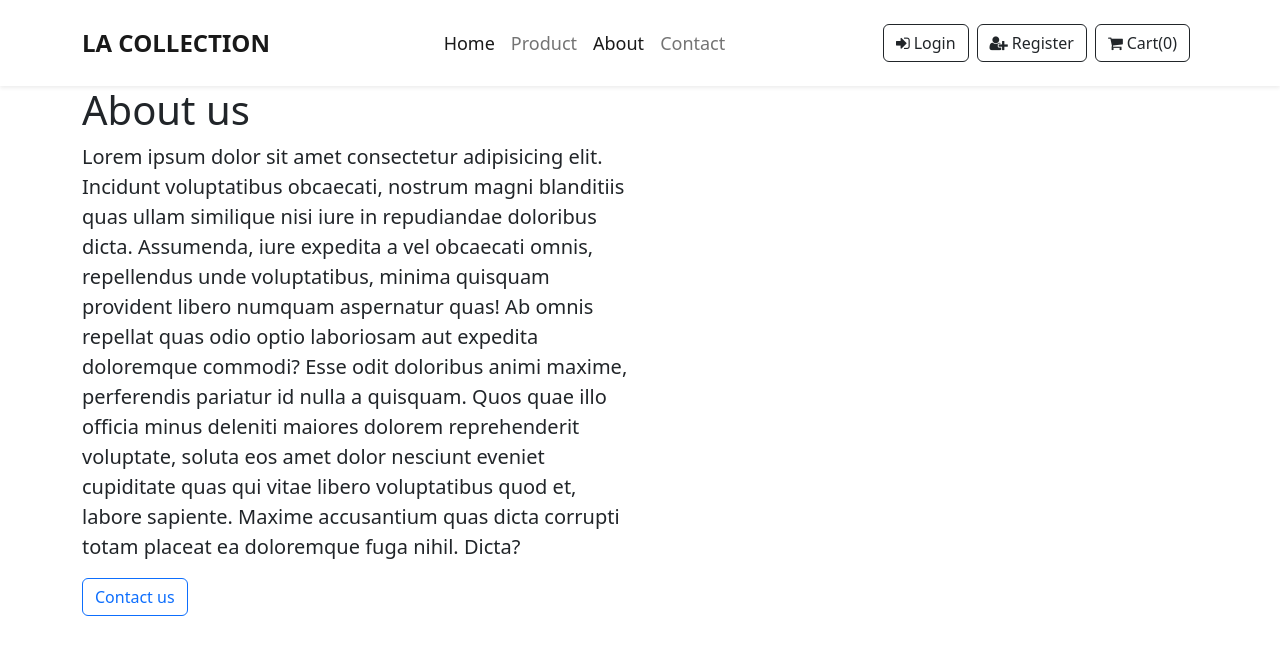
Repository: tiendungjr123/Ecommerce
Page: /about
An editor plug-in stored every save of this project. The page is shown before and after the next save, followed by the edit.
The browser window is 1280 px wide. The pictures show the whole page.
The project was rebuilt for these pictures with package versions that can differ from the ones it lists, and the page was loaded fresh each time. Also part of the build but not shown: src/components/Products.jsx, src/components/Home.jsx, src/redux/action/index.js, src/components/ProductDetail.jsx.

Above is the page before, as saved 2022-10-04 10:34:41.

### src/index.js
import React from 'react';
import ReactDOM from 'react-dom/client';
import './index.css';
import App from './App';
import '../node_modules/bootstrap/dist/css/bootstrap.min.css';
import '../node_modules/font-awesome/css/font-awesome.min.css';
import 'react-loading-skeleton/dist/skeleton.css'
import { BrowserRouter } from 'react-router-dom';
import store from './redux/store';
import { Provider } from 'react-redux';
const root = ReactDOM.createRoot(document.getElementById('root'));
root.render(
   <BrowserRouter>
      <Provider store={store}>
         <App />
      </Provider>
   </BrowserRouter>
);

### src/index.css
body {
   margin: 0;
   font-family: -apple-system, BlinkMacSystemFont, "Segoe UI", "Roboto", "Oxygen", "Ubuntu", "Cantarell", "Fira Sans",
      "Droid Sans", "Helvetica Neue", sans-serif;
   -webkit-font-smoothing: antialiased;
   -moz-osx-font-smoothing: grayscale;
}

code {
   font-family: source-code-pro, Menlo, Monaco, Consolas, "Courier New", monospace;
}

### src/App.js
import './App.css';
import Home from './components/Home';
import Navbar from './components/Navbar';
import {Route,  Routes} from 'react-router-dom';
import Products from './components/Products';
import ProductDetail from './components/ProductDetail';
import About from './components/About';
function App() {
   return (
      <>
         <Navbar/>
         <Routes>
            <Route exact path='/' element={<Home/>}/>
            <Route exact path='/products' element={<Products/>}/>
            <Route exact path='/products/:id' element={<ProductDetail/>}/>
            <Route exact path='/about' element={<About/>}/>
         </Routes>
      </>
   );
}

export default App;

### src/redux/store.js
import { createStore } from "redux";
import rootReducers from "./reducer";
const store = createStore(rootReducers);

export default store;

### src/App.css
/* Navbar css */

.navbar-nav a{
   font-size: 18px;
}

### src/components/Navbar.jsx
import React from 'react';
import { NavLink } from 'react-router-dom';
import { useSelector } from 'react-redux';
const Navbar = () => {
   const state = useSelector((state) => state.handleCart);
   return (
      <div>
         <nav className="navbar navbar-expand-lg bg-white py-3 shadow-sm">
            <div className="container">
               <NavLink className="navbar-brand fw-bold fs-4" to="/">LA COLLECTION</NavLink>
               <button className="navbar-toggler" type="button" data-bs-toggle="collapse" data-bs-target="#navbarSupportedContent" aria-controls="navbarSupportedContent" aria-expanded="false" aria-label="Toggle navigation">
                  <span className="navbar-toggler-icon"></span>
               </button>
               <div className="collapse navbar-collapse" id="navbarSupportedContent">
                  <ul className="navbar-nav mx-auto mb-2 mb-lg-0">
                     <li className="nav-item">
                        <NavLink className="nav-link active" aria-current="page" to="/">Home</NavLink>
                     </li>
                     <li className="nav-item">
                        <NavLink className="nav-link" to="/products">Product</NavLink>
                     </li>
                     <li className="nav-item">
                        <NavLink className="nav-link" to="/about">About</NavLink>
                     </li>
                     <li className="nav-item">
                        <NavLink className="nav-link" to="/contact">Contact</NavLink>
                     </li>
                  </ul>
                  <div className="buttons ">
                     <NavLink to="/login" className='btn btn-outline-dark'>
                        <i className='fa fa-sign-in me-1'></i>Login
                     </NavLink>
                     <NavLink to="/register" className='btn btn-outline-dark ms-2'>
                        <i className='fa fa-user-plus me-1'></i>Register
                     </NavLink>
                     <NavLink to="/cart" className='btn btn-outline-dark m-2'>
                        <i className='fa fa-shopping-cart me-1'></i>Cart({state.length})
                     </NavLink>
                  </div>
               </div>
            </div>
         </nav>
      </div>
   );
}

export default Navbar;

### src/components/About.jsx
import React from 'react';
import { NavLink } from 'react-router-dom';

const About = () => {
   return (
      <div>
         <div className="container">
            <div className="row">
               <div className="col-md-6">
                  <h1>About us</h1>
                  <p className='lead'>Lorem ipsum dolor sit amet consectetur adipisicing elit. Incidunt voluptatibus obcaecati, nostrum magni blanditiis quas ullam similique nisi iure in repudiandae doloribus dicta. Assumenda, iure expedita a vel obcaecati omnis, repellendus unde voluptatibus, minima quisquam provident libero numquam aspernatur quas! Ab omnis repellat quas odio optio laboriosam aut expedita doloremque commodi? Esse odit doloribus animi maxime, perferendis pariatur id nulla a quisquam. Quos quae illo officia minus deleniti maiores dolorem reprehenderit voluptate, soluta eos amet dolor nesciunt eveniet cupiditate quas qui vitae libero voluptatibus quod et, labore sapiente. Maxime accusantium quas dicta corrupti totam placeat ea doloremque fuga nihil. Dicta?</p>
                  <NavLink to='/contact' className='btn btn-outline-primary'>Contact us</NavLink>
               </div>
            </div>
         </div>
      </div>
   );
}

export default About;

### src/redux/reducer/index.js
import handleCart from "./handleCart";
import { combineReducers } from "redux";

const rootReducers =  combineReducers({
   handleCart,
})

export default rootReducers;

### src/redux/reducer/handleCart.js
const cart = [];

const handleCart = (state = cart, action) => {
   const product = action.payload;
   switch (action.type) {
      case 'cart/addProduct':
         const exits = state.find((x) => x.id === product.id);
         if (exits) {
            return state.map((x) => x.id === product.id ? { ...x, qty: x.qty + 1 } : x)
         }else{
            const product = action.payload;
            return [
               ...state,
               {
                  ...product,
                  qty: 1,
               }
            ]
         }
         break;
      case 'cart/deleteProduct':
         const exits1 = state.find((x) => x.id === product.id);
         if(exits1.qty === 1){
            return state.filter((x) => x.id !== exits1.id)
         }
         else{
            return state.map((x) =>
               x.id === product.id ? {...x, qty: x.qty-1}:x
            );
         }
         break;
      default:
         return state;
   }
}

export default handleCart;

Loaded but not shown: public/index.html (common file)

After the next save:
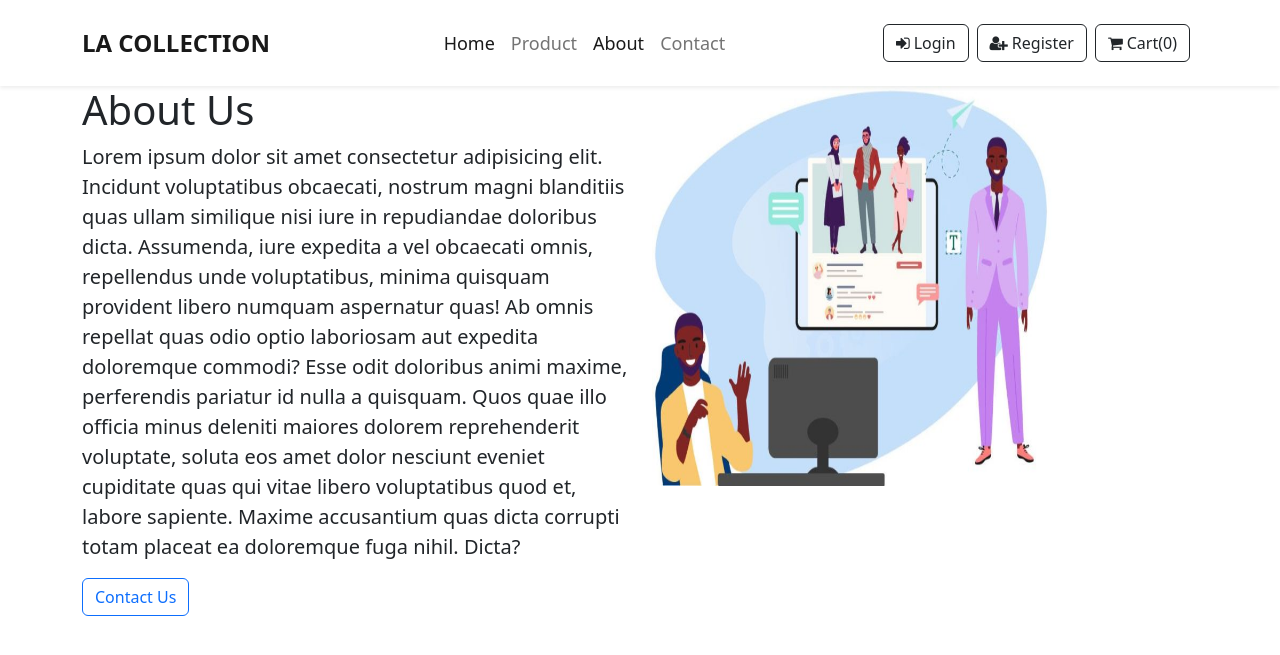
Saved 4 min 31 s later.
--- a/src/components/About.jsx
+++ b/src/components/About.jsx
@@ -7,9 +7,12 @@ const About = () => {
          <div className="container">
             <div className="row">
                <div className="col-md-6">
-                  <h1>About us</h1>
+                  <h1>About Us</h1>
                   <p className='lead'>Lorem ipsum dolor sit amet consectetur adipisicing elit. Incidunt voluptatibus obcaecati, nostrum magni blanditiis quas ullam similique nisi iure in repudiandae doloribus dicta. Assumenda, iure expedita a vel obcaecati omnis, repellendus unde voluptatibus, minima quisquam provident libero numquam aspernatur quas! Ab omnis repellat quas odio optio laboriosam aut expedita doloremque commodi? Esse odit doloribus animi maxime, perferendis pariatur id nulla a quisquam. Quos quae illo officia minus deleniti maiores dolorem reprehenderit voluptate, soluta eos amet dolor nesciunt eveniet cupiditate quas qui vitae libero voluptatibus quod et, labore sapiente. Maxime accusantium quas dicta corrupti totam placeat ea doloremque fuga nihil. Dicta?</p>
-                  <NavLink to='/contact' className='btn btn-outline-primary'>Contact us</NavLink>
+                  <NavLink to='/contact' className='btn btn-outline-primary'>Contact Us</NavLink>
+               </div>
+               <div className="col-md-6">
+                  <img src="/assets/about.jpg" alt="About Us" height="400px" width="400px" />
                </div>
             </div>
          </div>
